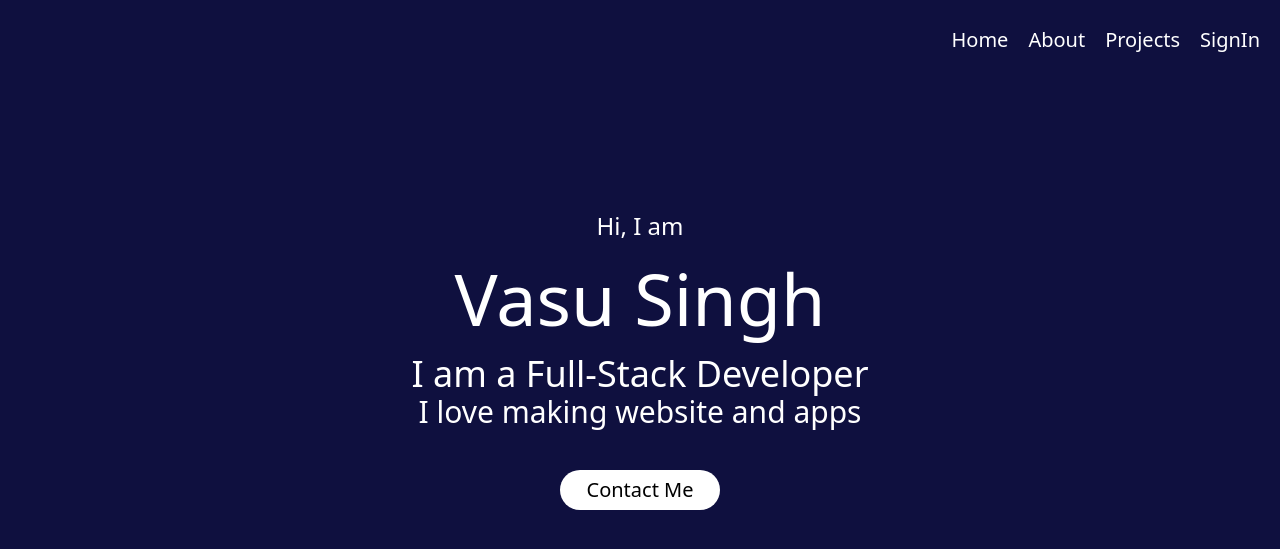
Repository: vasucp1207/vasuDev
Page: /
An editor plug-in stored every save of this project. The page is shown before and after the next save, followed by the edit.
The browser window is 1280 px wide. The pictures show the whole page.
The project was rebuilt for these pictures with package versions that can differ from the ones it lists, and the page was loaded fresh each time. The framework's server and built-in components were replaced by stand-ins that run in the browser. Also part of the build but not shown: next.config.js.

Above is the page before, as saved 2022-07-17 23:33:34.

### pages/index.tsx
import type { NextPage } from 'next'
import Head from 'next/head'
import Hero from './Hero'
import Navbar from './Navbar'

const Home: NextPage = () => {
  return (
    <div className="p-0 m-0 bg-darkB text-white">
      <Head>
        <title>Create Next App</title>
      </Head>

      <Navbar />
      <Hero />
    </div>
  )
}

export default Home

### pages/Hero.tsx
import React from 'react'

function Hero() {
  return (
    <div className='h-screen bg-darkB'>
        <div className='text-white flex flex-col justify-center items-center h-screen'>
            <p className='text-2xl'>Hi, I am</p>
            <h1 className='mt-5 text-7xl'>Vasu Singh</h1>
            <h3 className='mt-5 text-4xl'>I am a Full-Stack Developer</h3>
            <h4 className='text-3xl'>I love making website and apps</h4>
            <button className='hover:text-white transition-all 200 hover:bg-green-400 mt-10 bg-white text-black h-10 w-40 outline-none rounded-full text-xl'>Contact Me</button>
        </div>
    </div>
  )
}

export default Hero

### pages/Navbar.tsx
import React from 'react'

function Navbar() {
  return (
    <div className='h-20 w-screen absolute bg-transparent flex justify-end items-center'>
        <div className='h-full flex space-x-5 text-xl font-normal mr-5 items-center'>
            <p className='flex items-center h-full hover:bg-green-400 cursor-pointer'>Home</p>
            <p className='flex items-center h-full hover:bg-green-400 cursor-pointer'>About</p>
            <p className='flex items-center h-full hover:bg-green-400 cursor-pointer'>Projects</p>
            <p className='flex items-center h-full hover:bg-green-400 cursor-pointer'>SignIn</p>
        </div>
    </div>
  )
}

export default Navbar

### tailwind.config.js
/** @type {import('tailwindcss').Config} */
module.exports = {
  content: [
    './pages/**/*.{js,ts,jsx,tsx}',
    './components/**/*.{js,ts,jsx,tsx}',
  ],
  theme: {
    extend: {
      colors: {
        darkB: 'rgba(15, 16, 63, 1)'
      }
    },
  },
  plugins: [],
}

Loaded but not shown: pages/_app.tsx (common file); styles/globals.css (common file)

After the next save:
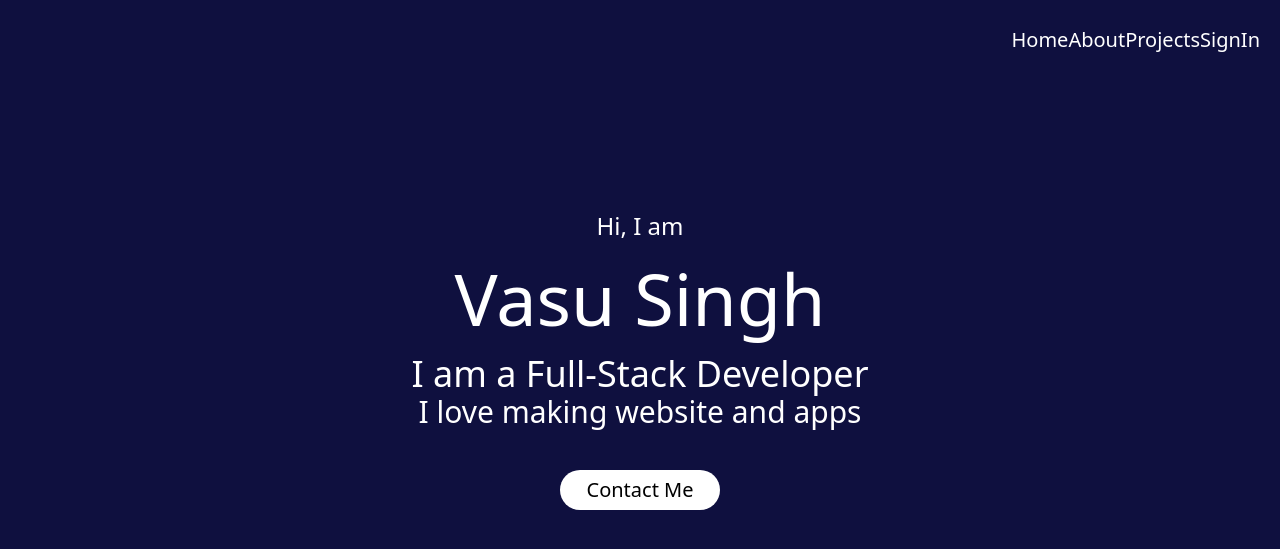
Saved 15 s later.
--- a/pages/Navbar.tsx
+++ b/pages/Navbar.tsx
@@ -3,7 +3,7 @@
 function Navbar() {
   return (
     <div className='h-20 w-screen absolute bg-transparent flex justify-end items-center'>
-        <div className='h-full flex space-x-5 text-xl font-normal mr-5 items-center'>
+        <div className='h-full flex space-x-15 text-xl font-normal mr-5 items-center'>
             <p className='flex items-center h-full hover:bg-green-400 cursor-pointer'>Home</p>
             <p className='flex items-center h-full hover:bg-green-400 cursor-pointer'>About</p>
             <p className='flex items-center h-full hover:bg-green-400 cursor-pointer'>Projects</p>

After the save that followed:
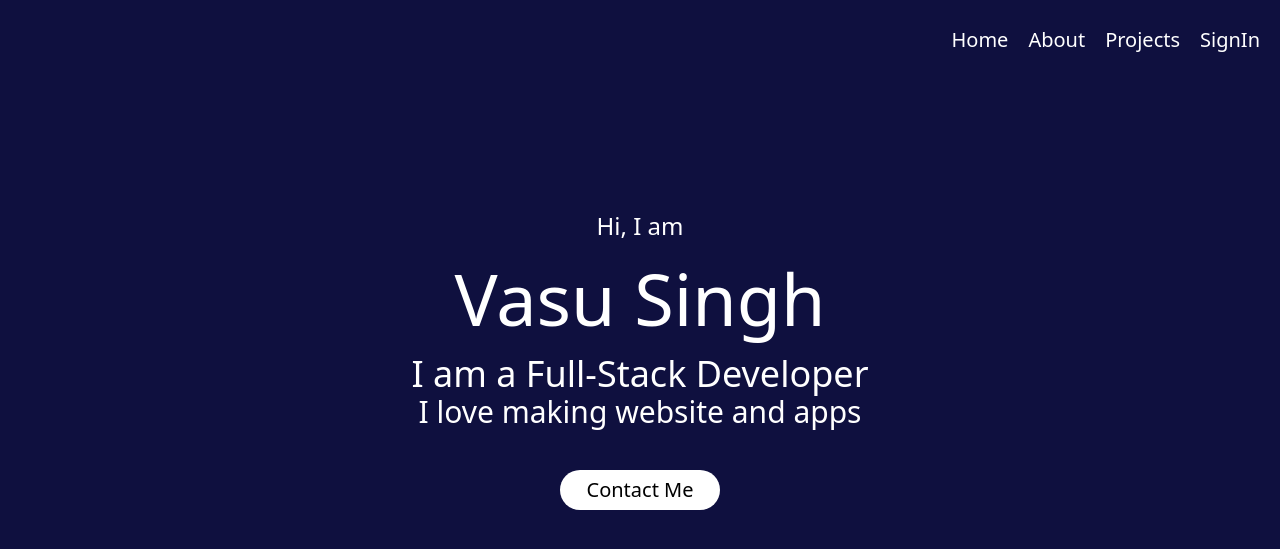
Saved 4 s later.
--- a/pages/Navbar.tsx
+++ b/pages/Navbar.tsx
@@ -3,7 +3,7 @@
 function Navbar() {
   return (
     <div className='h-20 w-screen absolute bg-transparent flex justify-end items-center'>
-        <div className='h-full flex space-x-15 text-xl font-normal mr-5 items-center'>
+        <div className='h-full flex space-x-5 text-xl font-normal mr-5 items-center'>
             <p className='flex items-center h-full hover:bg-green-400 cursor-pointer'>Home</p>
             <p className='flex items-center h-full hover:bg-green-400 cursor-pointer'>About</p>
             <p className='flex items-center h-full hover:bg-green-400 cursor-pointer'>Projects</p>
